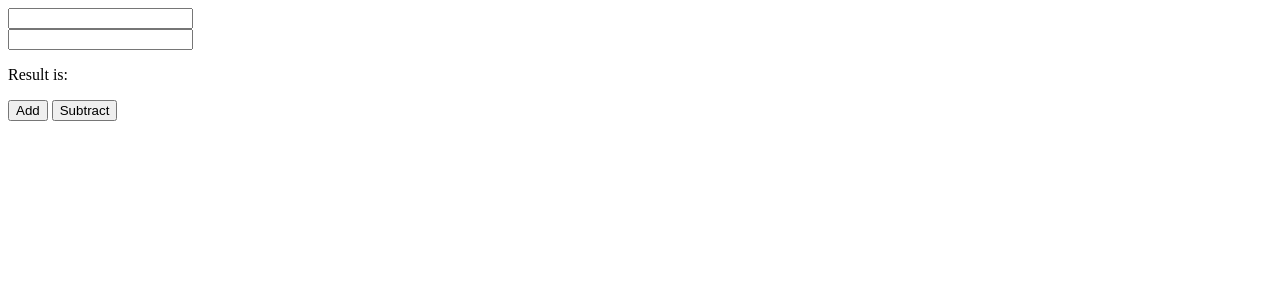
Repository: SHASHIDHAR-as/Spring
Page: spring-jsp-servelets/webapp/Webapp1/src/main/webapp/Calculator.html
An editor plug-in stored every save of this project. The page is shown before and after the next save, followed by the edit.
The browser window is 1280 px wide. The pictures show the whole page.

Above is the page before, as saved 2024-07-31 05:17:43.

After the next save:
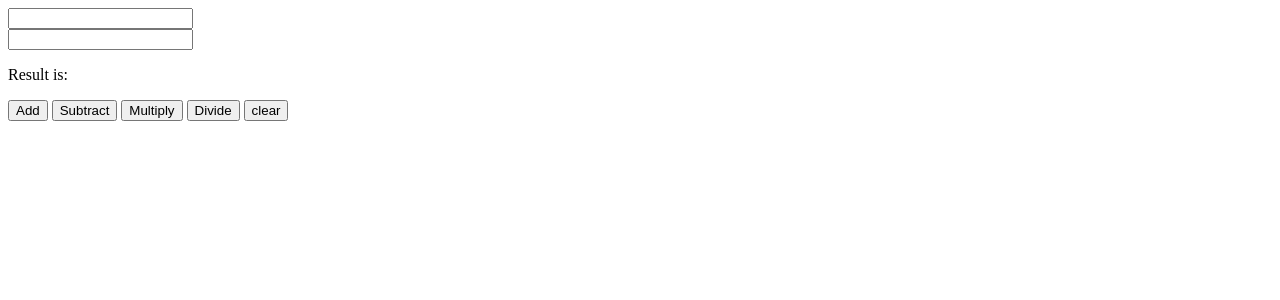
Saved 19 min 53 s later.
--- a/spring-jsp-servelets/webapp/Webapp1/src/main/webapp/Calculator.html
+++ b/spring-jsp-servelets/webapp/Webapp1/src/main/webapp/Calculator.html
@@ -9,7 +9,10 @@
 <input type="text" id="num1"><br>
 <input type="text" id="num2"><br>
 <p id="result">Result is: </p>
-<button onclick="add()">Add</button>
-<button onclick="sub()">Subtract</button>
+<button onclick="calculate()">Add</button>
+<button onclick="calculate()">Subtract</button>
+<button onclick="calculate()">Multiply</button>
+<button onclick="calculate()">Divide</button>
+<button onclick="clearvalue()">clear</button>
 </body>
 </html>
